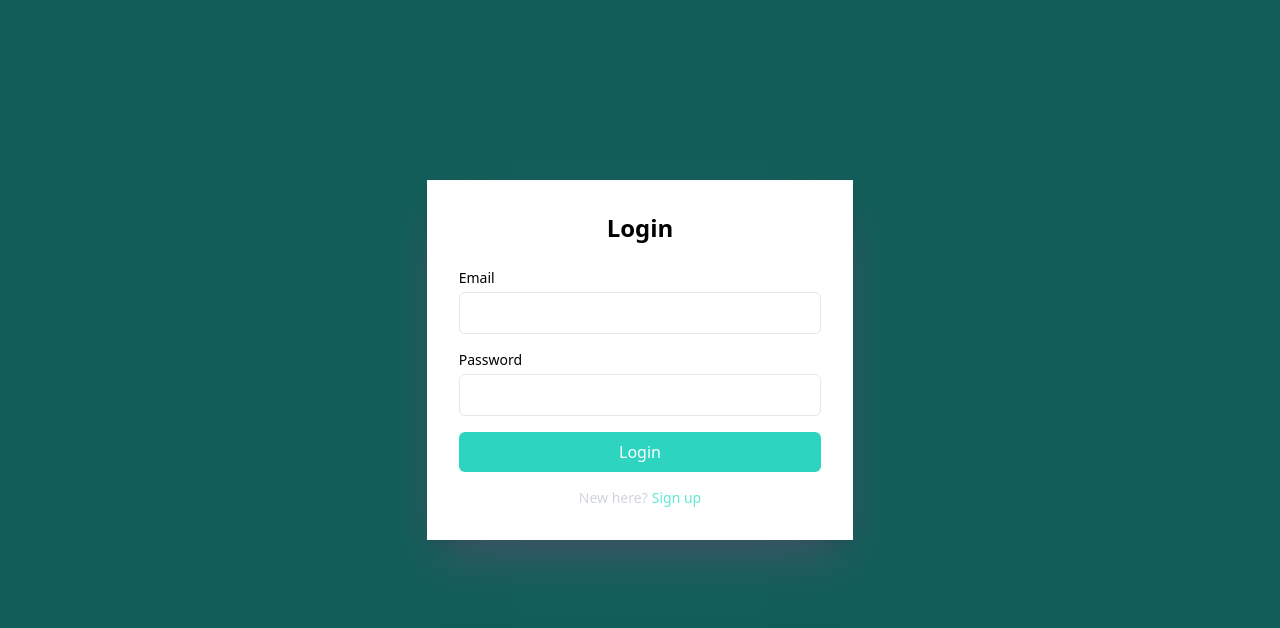
Repository: alizey12/POS-React-website
Page: /
The author's editor kept a copy of each file at every save. The page is drawn from the files as they stood at one save, then again after the next save.
The browser window is 1280 px wide. The pictures show the whole page.
The project was rebuilt for these pictures with package versions that can differ from the ones it lists, and the page was loaded fresh each time. Also part of the build but not shown: vite.config.js, src/navbar.jsx, src/sidebar.jsx, src/Dashboard.jsx.

Above is the page before, as saved 2024-12-30 22:55:31.

After the next save:
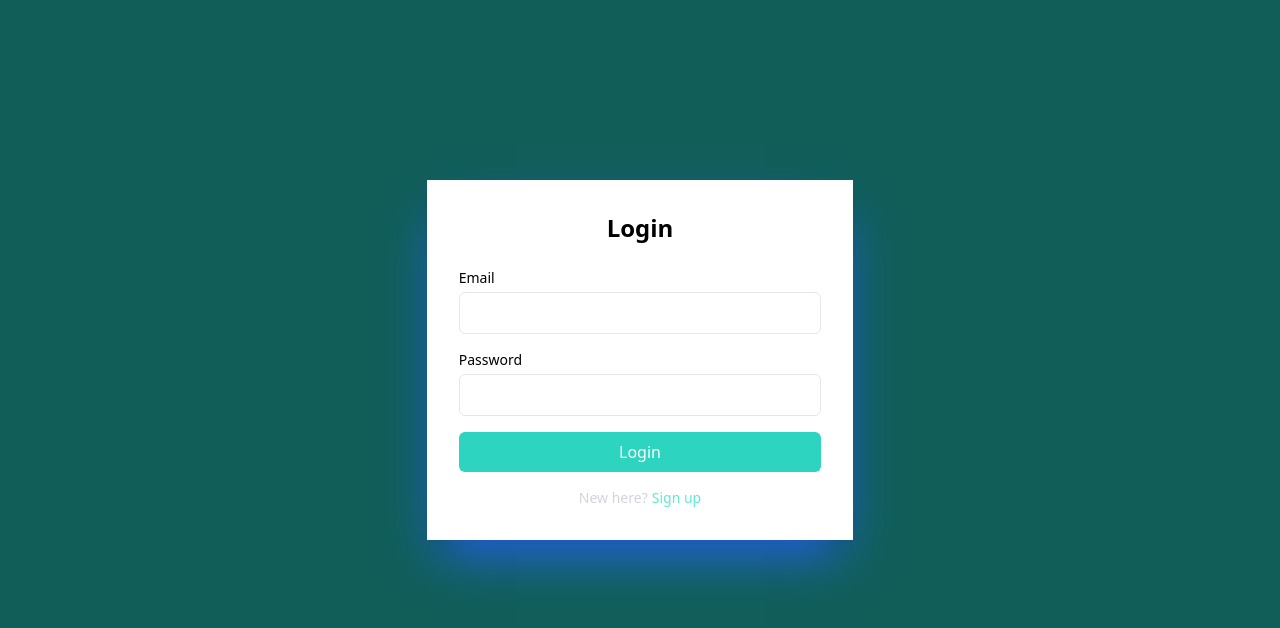
Saved 15 s later.
--- a/src/login.jsx
+++ b/src/login.jsx
@@ -56,7 +56,7 @@ const SignupLogin = () => {
     <div className="flex items-center justify-center min-h-screen  bg-teal-800 to-yellow-500">
       <div className=" bg-white w-1/3 shadow-lg rounded-lg">
 
-        <div className="w-full bg-white shadow-slate-600 shadow-2xl p-8 justify-center">
+        <div className="w-full bg-white shadow-blue-600 shadow-2xl p-8 justify-center">
           <h2 className="text-2xl font-bold text-center ">
             {isLogin ? 'Login' : 'Sign Up'}
           </h2>
